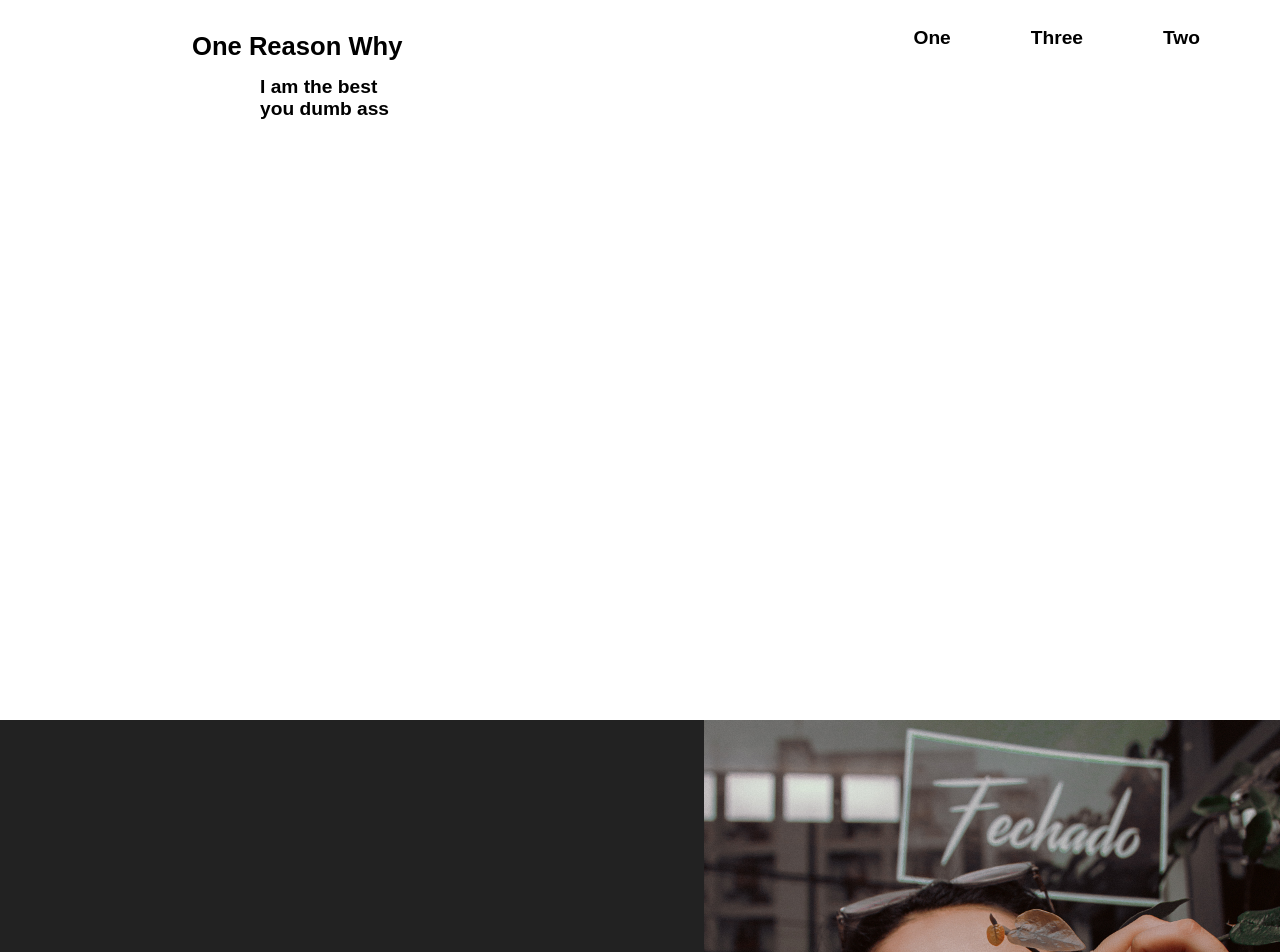
Repository: Imprasna/scrollmagic
Page: index.html
The author's editor kept a copy of each file at every save. The page is drawn from the files as they stood at one save, then again after a run of saves.
The browser window is 1280 px wide. The pictures show the part of the page from y = 0 to 952 px (the page is 2200 px tall).
A picture or video elsewhere on the page could not be fetched, so the positions and the page height are approximate. Some web fonts or font styles are not loaded; a fallback is used. Some web libraries are served in a nearby version.

Above is the page before, as saved 2021-11-14 18:32:23.

After the next 2 saves:
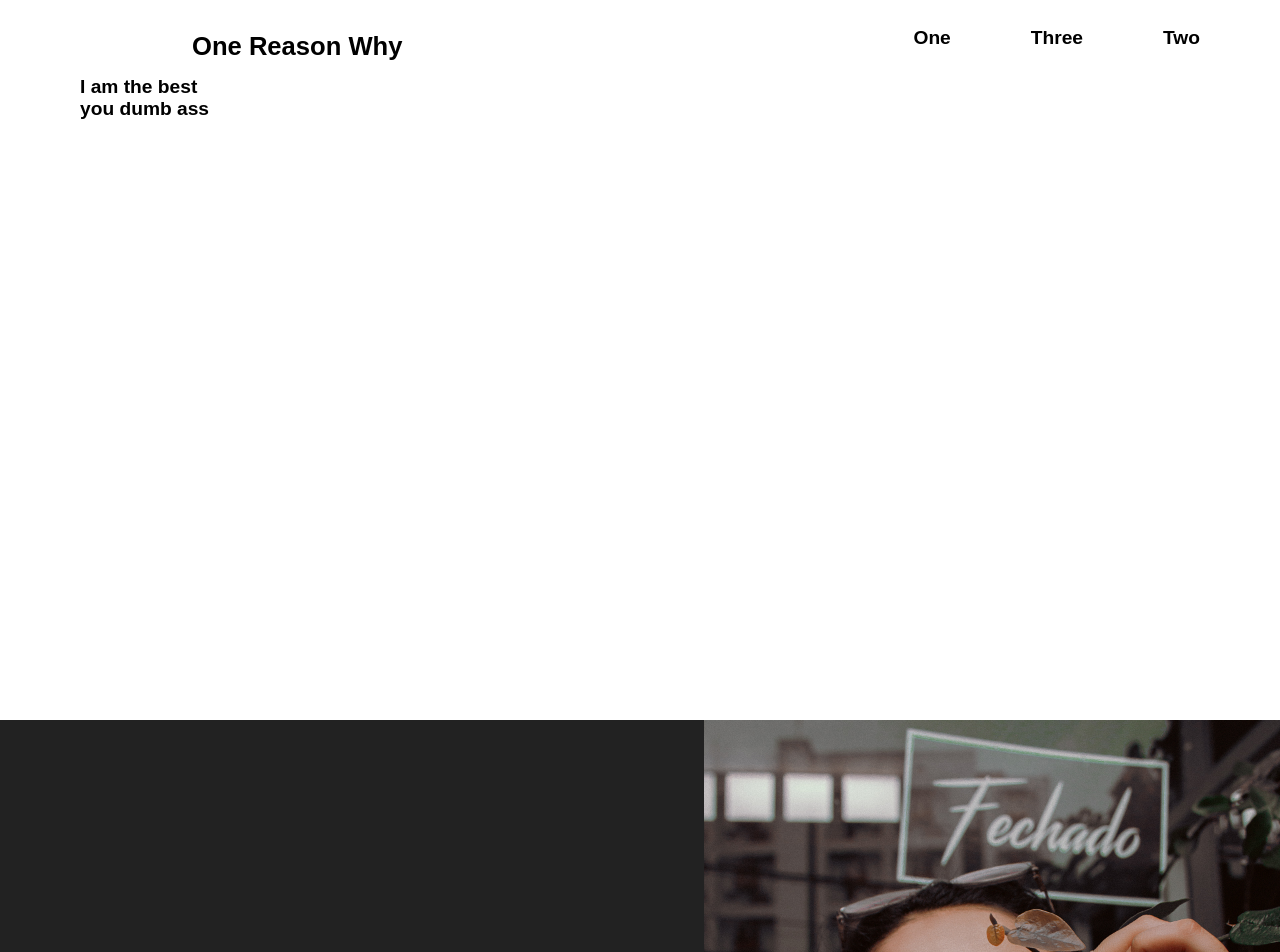
The 2 saves are shown as one change because they came seconds apart.
The last was saved 27 s later.
--- a/app.js
+++ b/app.js
@@ -7,7 +7,7 @@ let tl = gsap.timeline({
     },
 });
 
-tl.fromTo(".sliding-text", { x:180 }, { y:60 })
+tl.fromTo(".sliding-text", { y:0 }, { y:60 })
 
 let tl2 = gsap.timeline({
     ScrollTrigger: {
